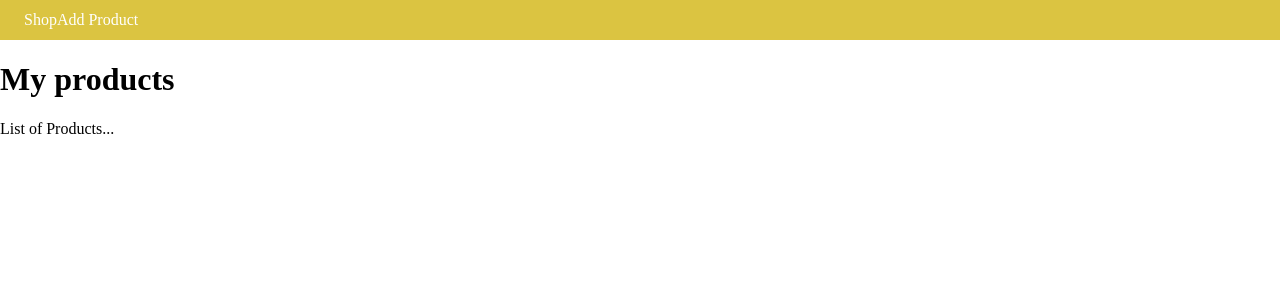
Repository: Hardyy00/NodeJS
Page: http://localhost/
An editor plug-in stored every save of this project. The page is shown before and after the next save, followed by the edit.
The browser window is 1280 px wide. The pictures show the whole page.
The page is served by the project's Node server (app.js). Other server files are loaded and not shown.

Above is the page before, as saved 2024-01-06 15:51:29.

### Dynamic-Routes-And-Advanced-Models/views/shop.html
<!DOCTYPE html>
<html lang="en">
  <head>
    <meta charset="UTF-8" />
    <meta name="viewport" content="width=device-width, initial-scale=1.0" />
    <title>Shop</title>

    <style>
      html {
        margin: 0;
        padding: 0;
      }
      body {
        margin: 0;
        padding: 0;
      }
      .main-header {
        width: 100;
        height: 2.5rem;
        background-color: #dbc441;
        padding: 0 1.5rem;
      }

      .main-header__nav {
        height: 100%;
        display: flex;
        align-items: center;
      }

      .main-header__item__list {
        list-style: none;
        margin: 0;
        padding: 0;
        display: flex;
      }

      .main-header__item {
        margin: 0;
        padding: 0;
      }

      .main-header__item a {
        text-decoration: none;
        color: white;
      }
    </style>
  </head>
  <body>
    <header class="main-header">
      <nav class="main-header__nav">
        <ul class="main-header__item__list">
          <li class="main-header__item"><a href="/">Shop</a></li>
          <li class="main-header__item">
            <a href="/add-products">Add Product</a>
          </li>
        </ul>
      </nav>
    </header>

    <main>
      <h1>My products</h1>
      <p>List of Products...</p>
    </main>
  </body>
</html>

### Dynamic-Routes-And-Advanced-Models/app.js
const express = require("express");
const app = express();
const path = require("path");

const adminRoutes = require("./routes/adminRoutes");
const shopRoutes = require("./routes/shopRoutes");

app.use(express.urlencoded({ extended: false }));
// or
// app.use(bodyParser.urlencoded({extended: false}))

app.use(adminRoutes);
app.use(shopRoutes);

app.get("*", (req, res) => {
  // __dirname will give : path to current directory , here it is root folder
  res.status(404).sendFile(path.join(__dirname, "views", "error-page.html"));
});

app.listen(8080, (err) => {
  if (err) console.log(err);
  else console.log(`Local server at http://localhost:8080`);
});

### Dynamic-Routes-And-Advanced-Models/routes/shopRoutes.js
const express = require("express");
const router = express.Router();
const path = require("path");

const rootDir = require("../util/path");

router.get("/", (req, res, next) => {
  res.sendFile(path.join(rootDir, "views", "shop.html"));
});

module.exports = router;

Loaded but not shown: Dynamic-Routes-And-Advanced-Models/util/path.js (common file)

After the next save:
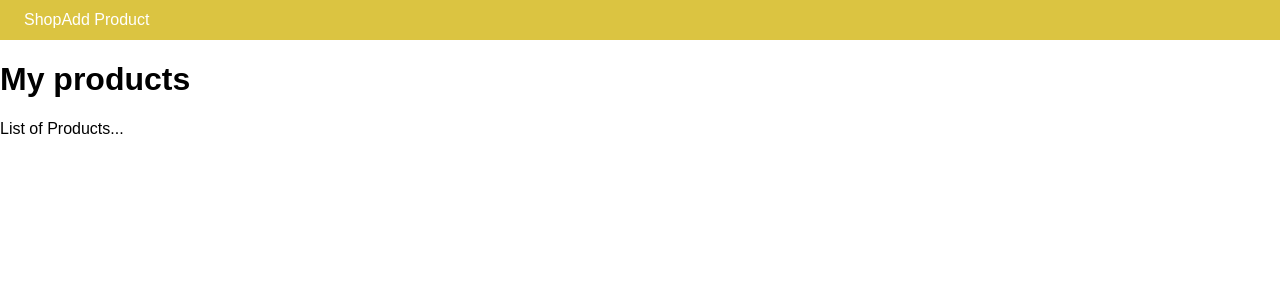
Saved 27 s later.
--- a/Dynamic-Routes-And-Advanced-Models/views/shop.html
+++ b/Dynamic-Routes-And-Advanced-Models/views/shop.html
@@ -6,13 +6,10 @@
     <title>Shop</title>
 
     <style>
-      html {
-        margin: 0;
-        padding: 0;
-      }
       body {
         margin: 0;
         padding: 0;
+        font-family: sans-serif;
       }
       .main-header {
         width: 100;
